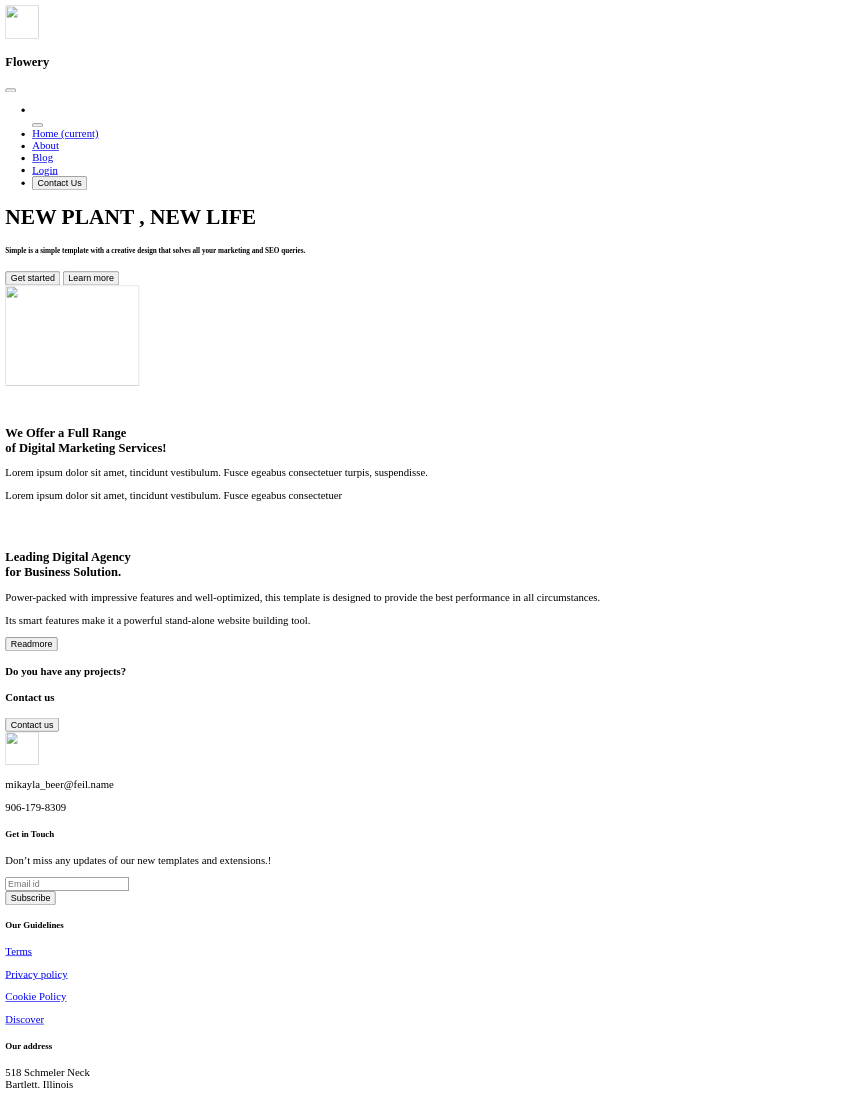
Repository: sara55m/Login
Page: http://localhost/welcome
An editor plug-in stored every save of this project. The page is shown before and after the next save, followed by the edit.
The browser window is 1280 px wide. The pictures show the whole page, at 67% of full size.
The page is served by the project's Laravel application, run on PHP 8.4 with Laravel 10.

Above is the page before, as saved 2024-03-03 23:22:58.

After the next save:
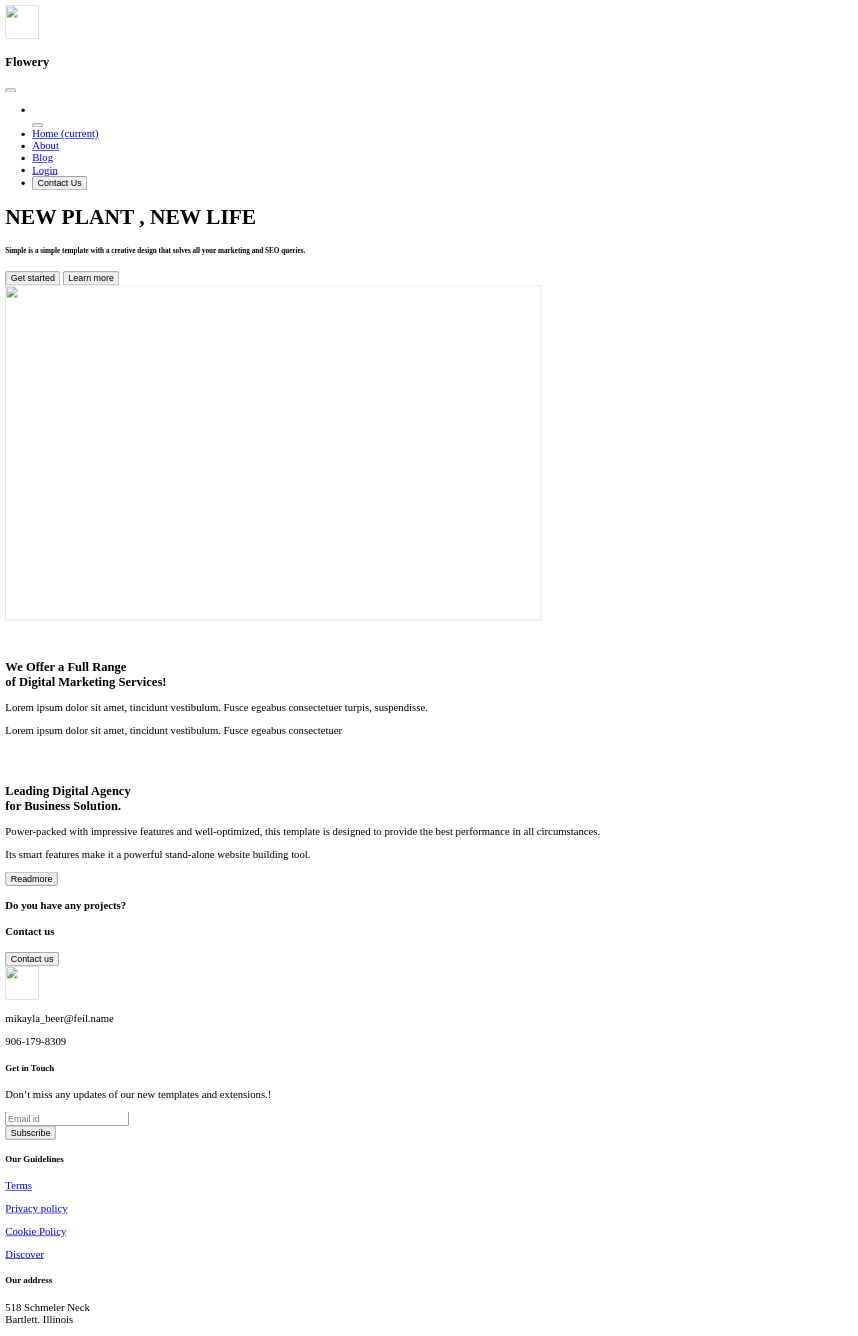
Saved 30 s later.
--- a/resources/views/welcome.blade.php
+++ b/resources/views/welcome.blade.php
@@ -67,7 +67,7 @@
         <button class="btn btn-opacity-success ml-1">Learn more</button>
       </div>
       <div class="w-full">
-      <img src="images/background.jpg" alt="" class="img-fluid" height="150" width="200">
+      <img src="images/background.jpg" alt="" class="img-fluid" height="500" width="800">
       </div>
     </div>
   </div>
